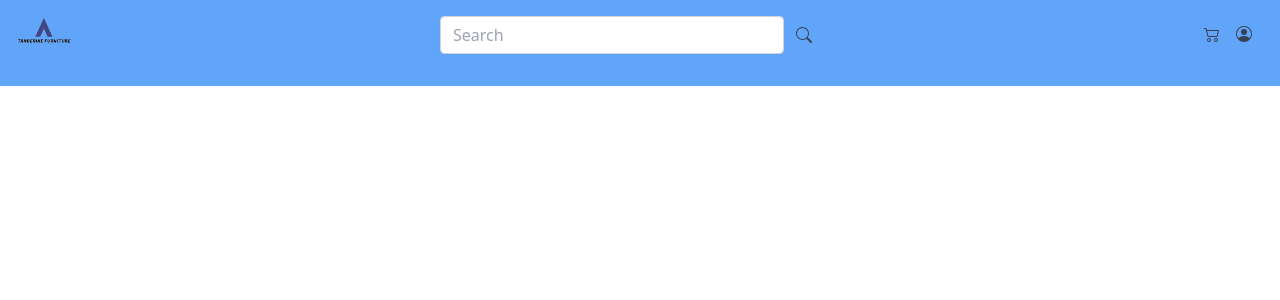
Repository: DevLaukey/Jitu-final
Page: / (app in frontend/)
The author's editor kept a copy of each file at every save. The page is drawn from the files as they stood at one save, then again after a run of saves.
The browser window is 1280 px wide. The pictures show the whole page.
The project was rebuilt for these pictures with package versions that can differ from the ones it lists, and the page was loaded fresh each time.

Above is the page before, as saved 2022-07-13 13:17:49.

After the next 2 saves:
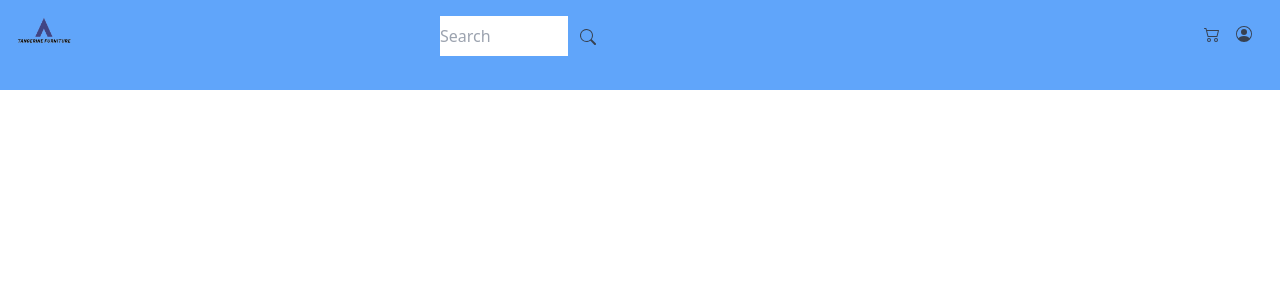
The 2 saves are shown as one change because 1 did not build or start.
The last was saved 2 min 59 s later.
--- a/frontend/src/components/Navbar.js
+++ b/frontend/src/components/Navbar.js
@@ -20,7 +20,7 @@
           <div class="input-group relative flex  items-stretch w-full mb-4 rounded">
             <input
               type="search"
-              class="form-control relative flex-auto min-w-0 block w-full px-3 py-1.5 text-base font-normal text-gray-700 text-transparent bg-clip-padding border border-solid border-gray-300 rounded transition ease-in-out m-0 focus:text-gray-700 focus:bg-white focus:border-blue-600 focus:outline-none"
+              class="w-1/3 py-2 border-b-2 border-blue-400 outline-none focus:border-green-400"
               placeholder="Search"
               aria-label="Search"
               aria-describedby="button-addon2"

After the save that followed:
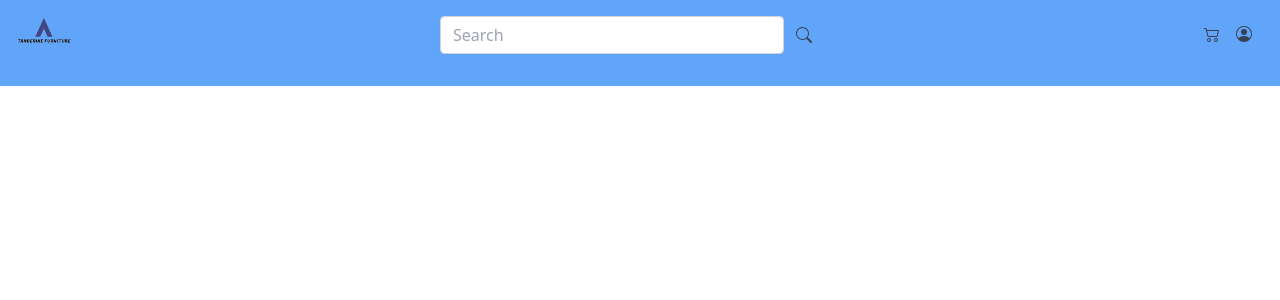
Saved 29 s later.
--- a/frontend/src/components/Navbar.js
+++ b/frontend/src/components/Navbar.js
@@ -20,7 +20,7 @@
           <div class="input-group relative flex  items-stretch w-full mb-4 rounded">
             <input
               type="search"
-              class="w-1/3 py-2 border-b-2 border-blue-400 outline-none focus:border-green-400"
+              class="form-control relative flex-auto min-w-0 block w-full px-3 py-1.5 text-base font-normal text-gray-700 text-transparent bg-clip-padding border border-solid border-gray-300 rounded transition ease-in-out m-0 focus:text-gray-700 focus:bg-white focus:border-blue-600 focus:outline-none"
               placeholder="Search"
               aria-label="Search"
               aria-describedby="button-addon2"
